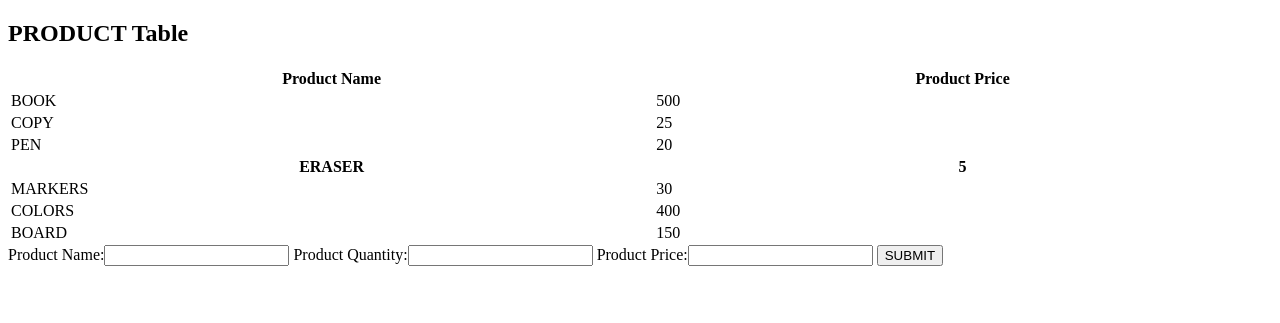
Repository: Muskan-Garg696/muskan_training
Page: WebApplicationProject1/CheckAge/WebContent/Home.html
The author's editor kept a copy of each file at every save. The page is drawn from the files as they stood at one save, then again after the next save.
The browser window is 1280 px wide. The pictures show the whole page.

Above is the page before, as saved 2019-09-06 10:31:30.

### WebApplicationProject1/CheckAge/WebContent/Home.html
<!DOCTYPE html>
<html>
<head>
<meta charset="ISO-8859-1">
<title>Insert title here</title>
</head>
<body>

<h2>PRODUCT Table</h2>

<table style="width:100%">
  <tr>
    <th>Product Name</th>

    <th>Product Price</th>
  </tr>
  <tr>
    <td>BOOK</td>

    <td>500</td>
  </tr>
  <tr>
    <td>COPY</td>

    <td>25</td>
  </tr>
  <tr>
    <td>PEN</td>

    <td>20</td>
  </tr>
   <tr>
    <th>ERASER</th>

    <th>5</th>
  </tr>
  <tr>
    <td>MARKERS</td>

    <td>30</td>
  </tr>
  <tr>
    <td>COLORS</td>

    <td>400</td>
  </tr>
  <tr>
    <td>BOARD</td>

    <td>150</td>
  </tr>
</table>

<form action="CheckAge" method="post">
Product Name:<input type="text" name="name" >
Product Quantity:<input type="text" name="quantity" >
Product Price:<input type="text" name="price" >
<INPUT TYPE="SUBMIT" NAME="SUBMIT" VALUE="SUBMIT">


</form>
</body>
</html>

After the next save:
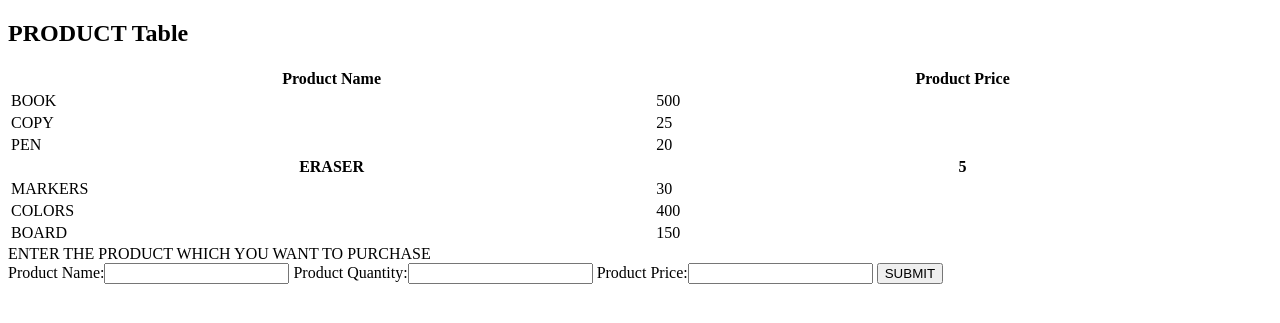
Saved 36 s later.
--- a/WebApplicationProject1/CheckAge/WebContent/Home.html
+++ b/WebApplicationProject1/CheckAge/WebContent/Home.html
@@ -51,6 +51,8 @@
   </tr>
 </table>
 
+
+ENTER THE PRODUCT WHICH YOU WANT TO PURCHASE
 <form action="CheckAge" method="post">
 Product Name:<input type="text" name="name" >
 Product Quantity:<input type="text" name="quantity" >
